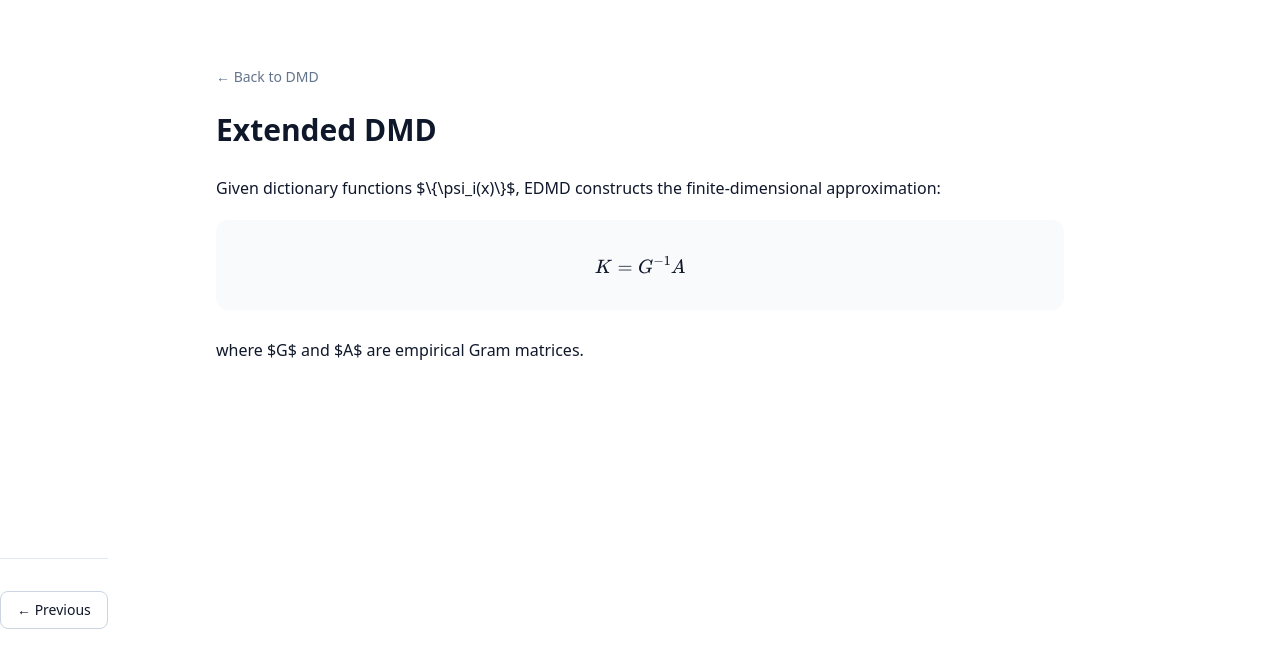
Repository: JWS625/JWS625.github.io
Page: notes/modal_analysis/04_variant_of_dynamic_mode_decomposition.html
An editor plug-in stored every save of this project. The page is shown before and after the next save, followed by the edit.
The browser window is 1280 px wide. The pictures show the whole page.
Some web libraries are served in a nearby version.

Above is the page before, as saved 2026-02-20 19:25:06.
Console error (its wording comes from the project's code and is left out).

After the next save:
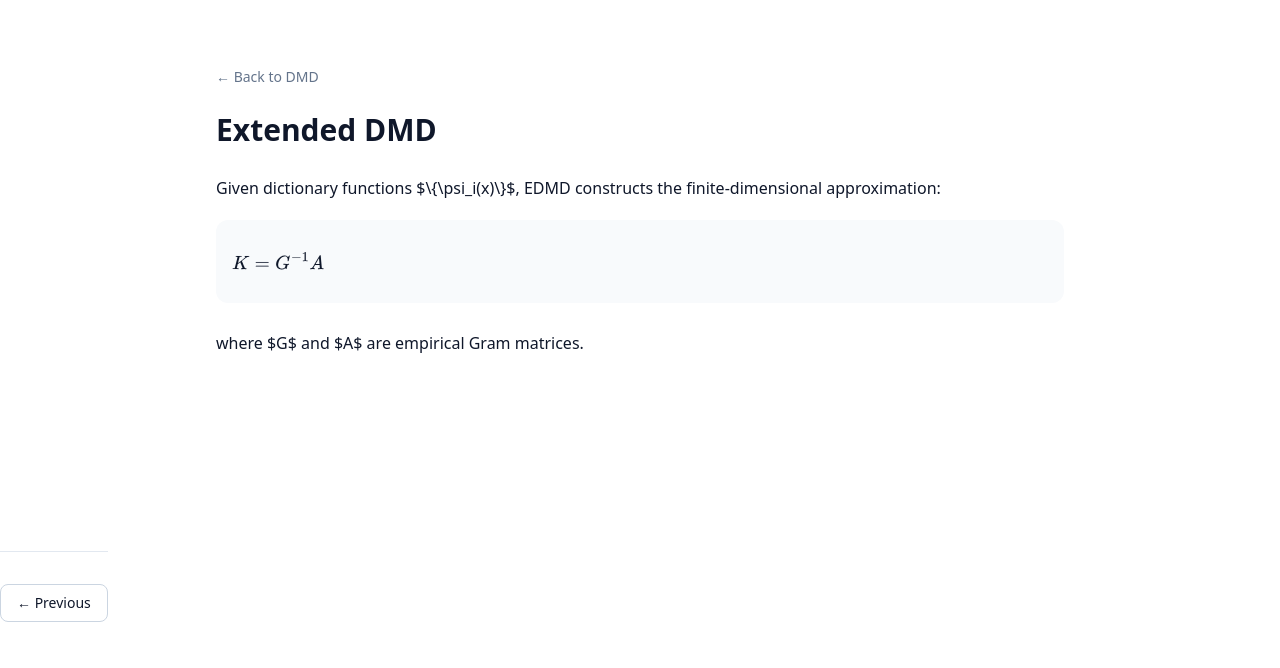
The error is gone.
Saved 1 s later.
--- a/notes/modal_analysis/04_variant_of_dynamic_mode_decomposition.html
+++ b/notes/modal_analysis/04_variant_of_dynamic_mode_decomposition.html
@@ -4,7 +4,7 @@
 <meta charset="utf-8">
 <title>Variant of Dynamic Mode Decomposition | Research Notes</title>
 <script src="https://cdn.tailwindcss.com"></script>
-<script src="./../../assets/mathjax-config.js"></script>
+<script src="../../assets/mathjax-config.js"></script>
 <script defer src="https://cdn.jsdelivr.net/npm/mathjax@3/es5/tex-svg.js"></script>
 
 
@@ -13,7 +13,7 @@ window.MathJax = {
   tex: { inlineMath: [['$', '$'], ['\\(', '\\)']] }
 };
 </script> -->
-<script src="https://cdn.jsdelivr.net/npm/mathjax@3/es5/tex-mml-chtml.js"></script>
+<!-- <script src="https://cdn.jsdelivr.net/npm/mathjax@3/es5/tex-mml-chtml.js"></script> -->
 </head>
 
 <body class="bg-white text-slate-900">
